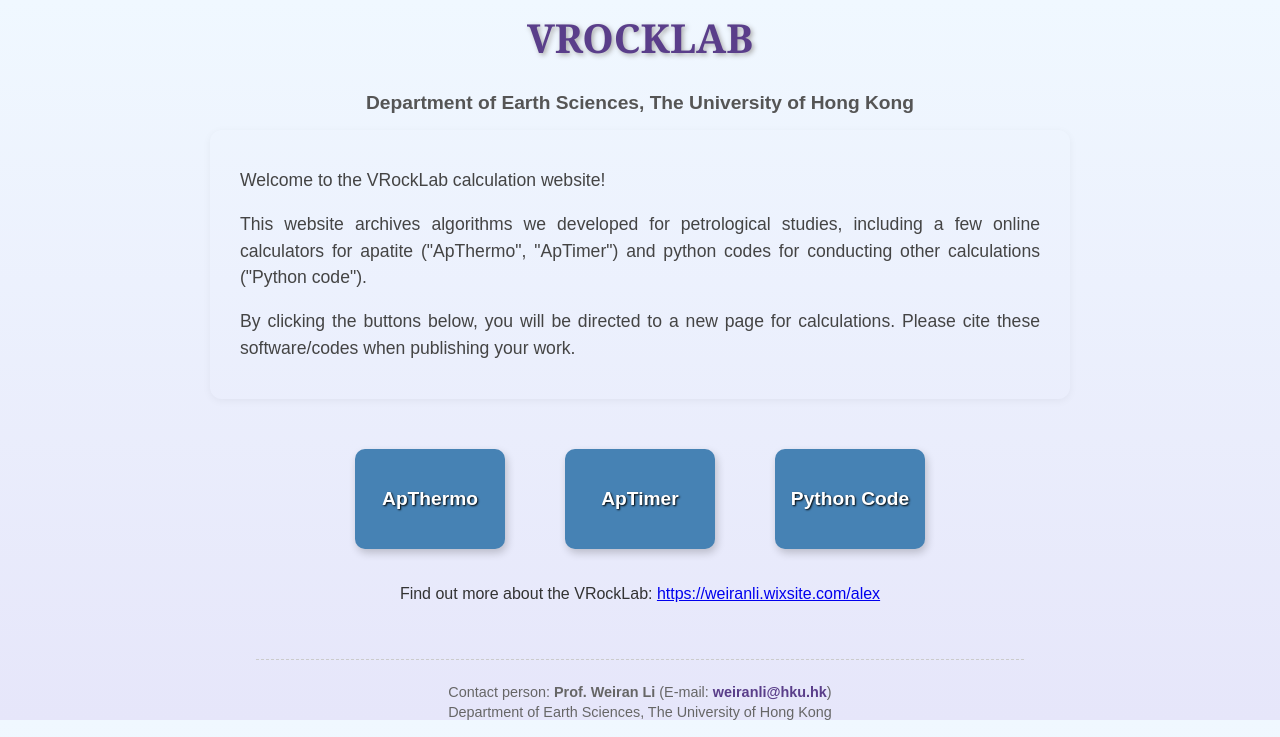
Repository: Abyss2019/home_page
Page: index.html
The author's editor kept a copy of each file at every save. The page is drawn from the files as they stood at one save, then again after a run of saves.
The browser window is 1280 px wide. The pictures show the whole page.

Above is the page before, as saved 2025-04-06 12:18:35.

### index.html
<!DOCTYPE html>
<html lang="en">
<head>
    <meta charset="UTF-8">
    <meta name="viewport" content="width=device-width, initial-scale=1.0">
    <title>VROCKLAB</title>
    <style>
        body {
            font-family: Arial, sans-serif;
            margin: 0;
            padding: 0;
            /* background-image: url('./bg.webp'); */
            background: linear-gradient(to bottom, #f0f8ff, #e6e6fa);
            color: #333;
            display: flex;
            flex-direction: column;
            align-items: center;
            justify-content: center;
            height: 100vh;
        }

        header {
            text-align: center;
            /* margin-bottom: 30px; */
        }

        header h1 {
            font-size: 2.5em;
            font-family: 'Georgia', serif;
            text-shadow: 2px 2px 5px #aaa;
            color: #5a3e8a;
        }



        header h2 {
            font-size: 1.2em;
            margin-top: 5px;
            color: #555;
        }

        .intro {
        font-size: 1.1em;
        line-height: 1.5;
        text-align: justify;
        color: #444;
        /* background-color: #f2f6ff; */
        padding: 20px 30px;
        border-radius: 12px;
        box-shadow: 0 2px 8px rgba(0,0,0,0.05);
        max-width: 800px;
        }

        /* .indent p {
        text-indent: 2em;
        margin-bottom: 1em;
        } */


        .buttons-container {
            display: flex;
            gap: 60px;
            justify-content: justify;
            margin: 20px 0;
            margin-top: 50px;
        }

        .button {
            display: flex;
            align-items: center;
            justify-content: center;
            width: 150px;
            height: 100px;
            background-color: #4682b4;
            border-radius: 10px;
            box-shadow: 2px 4px 8px rgba(0, 0, 0, 0.2);
            color: #fff;
            font-size: 1.2em;
            font-weight: bold;
            text-decoration: none;
            text-shadow: 1px 1px 2px #000;

        }
        .button:hover{
          transform: scale(1.05);
        }


        footer {
        font-size: 0.9em;
        /* margin-top: 40px; */
        /* padding: 15px 0; */
        text-align: center;
        color: #666;
        line-height: 1.4;
        }

        footer a {
        color: #5a3e8a;
        text-decoration: none;
        font-weight: bold;
        }

        footer a:hover {
        text-decoration: underline;
        }
    </style>
</head>
<body>
    <header>
        <h1>VROCKLAB</h1>
        <h2>Department of Earth Sciences, The University of Hong Kong</h2>
    </header>


    <div class="intro indent">
    <p>Welcome to the VRockLab calculation website!</p>
    <p>This website archives algorithms we developed for petrological studies, including a few online calculators for apatite ("ApThermo", "ApTimer") and python codes for conducting other calculations ("Python code").</p>
    <p>By clicking the buttons below, you will be directed to a new page for calculations. Please cite these software/codes when publishing your work.</p>
    </div>


    <div class="buttons-container">
        <a href="https://vrocklab.hku.hk/ApThermo/" target="_blank" class="button">ApThermo</a>
        <a href="https://vrocklab.hku.hk/ApTimer/" target="_blank" class="button">ApTimer</a>
        <a href="https://vrocklab.hku.hk/python-code/" target="_blank" class="button">Python Code</a>
    </div>
    <p>
        Find out more about the VRockLab:
        <a href="https://weiranli.wixsite.com/alex" target="_blank">https://weiranli.wixsite.com/alex</a>
    </p>


    <hr style="width: 60%; margin-top: 40px; border: none; border-top: 1px dashed #ccc;">
    <footer>
        <p>
            Contact person: <strong>Prof. Weiran Li</strong> (E-mail:
            <a href="mailto:weiranli@hku.hk">weiranli@hku.hk</a>)<br>
            Department of Earth Sciences, The University of Hong Kong
        </p>
    </footer>
</body>
</html>

After the next 2 saves:
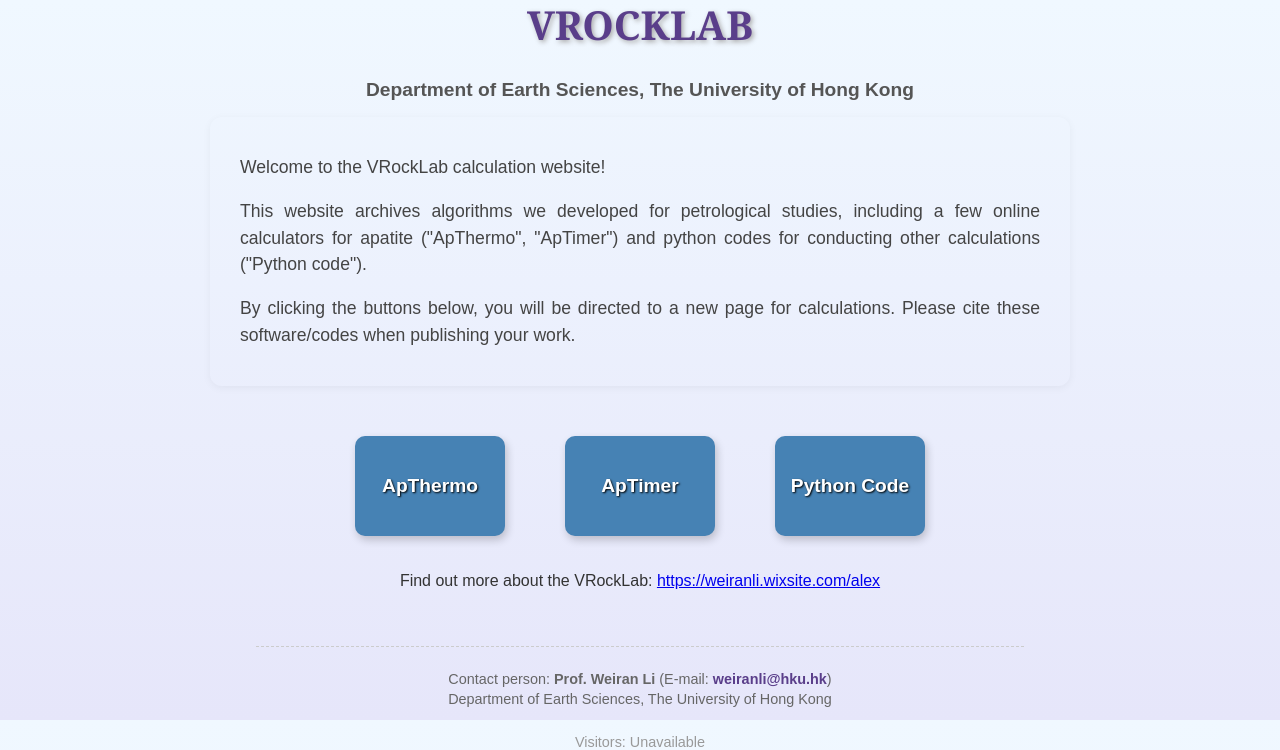
The 2 saves are shown as one change because they came seconds apart.
The last was saved 4 min 58 s later.
--- a/index.html
+++ b/index.html
@@ -139,5 +139,23 @@
             Department of Earth Sciences, The University of Hong Kong
         </p>
     </footer>
+
+    <div style="margin-top: 10px; font-size: 0.9em; color: #999;">
+  Visitors: <span id="visitor-count">Loading...</span>
+</div>
+
+<script>
+  fetch('/api/visit.php')  // ✅ 保持路径一致
+    .then(res => res.json())
+    .then(data => {
+      document.getElementById('visitor-count').innerText = data.visits;
+    })
+    .catch(err => {
+      document.getElementById('visitor-count').innerText = "Unavailable";
+      console.error(err);
+    });
+</script>
+
 </body>
+
 </html>
